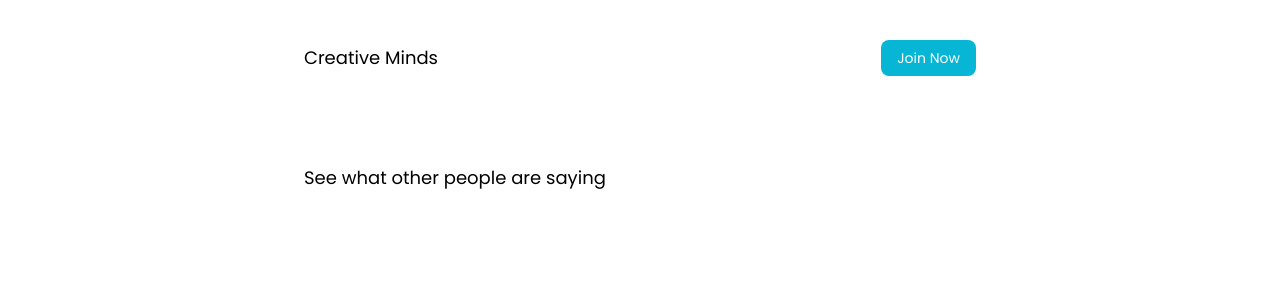
Repository: farisanadia/personal-project-2022
Page: /
The author's editor kept a copy of each file at every save. The page is drawn from the files as they stood at one save, then again after a run of saves.
The browser window is 1280 px wide. The pictures show the whole page.
The page's requests for data from a server got no answer. The project was rebuilt for these pictures with package versions that can differ from the ones it lists, and the page was loaded fresh each time. The framework's server and built-in components were replaced by stand-ins that run in the browser. No one was signed in, and anything a server would have sent is missing. Also part of the build but not shown: next.config.js, components/message.js.

Above is the page before, as saved 2023-01-02 02:06:11.

### pages/_app.js
import '../styles/globals.css'
import Layout from '../components/layout'
import {ToastContainer} from 'react-toastify';

function App({ Component, pageProps }) {
  return (
    <Layout>
      <ToastContainer limit={1}/>
      <Component {...pageProps} />
    </Layout>
  );
}

export default App;

### pages/index.js
import Head from 'next/head'
import { Inter } from '@next/font/google'
import Message from "../components/message";
import { useEffect, useState } from 'react';
import { auth, db } from '../utils/firebase';
import { collection, doc, onSnapshot, orderBy, query, updateDoc } from 'firebase/firestore';
import Link from 'next/link';
import { useRouter } from 'next/router';
import { AiOutlineLike } from "react-icons/ai";
import { BiComment } from 'react-icons/bi';

const inter = Inter({ subsets: ['latin'] })

export default function Home() {
  const router = useRouter();
  const routeData = router.query;
  //Create state with all posts
  const [allPosts, setAllPosts] = useState([]);

  const getPosts = async () => {
    const collectionRef = collection(db, 'posts');
    const q = query(collectionRef, orderBy('timestamp', 'desc'));
    const unsubscribe = onSnapshot(q, (snapshot) => {
      setAllPosts(snapshot.docs.map((doc) => ({...doc.data(), id:doc.id})))
    })
    return unsubscribe;
  };

  useEffect(() => {
    getPosts();
  }, []);

  return (
    <div className='flex items-center'>
      <Head>
        <title>Create Next App</title>
        <meta name="description" content="Generated by create next app" />
        <meta name="viewport" content="width=device-width, initial-scale=1" />
        <link rel="icon" href="/favicon.ico" />
      </Head>

      <div className='my-12 text-lg font-medium'>
        <h2>See what other people are saying</h2>
        {allPosts.map((post) => (
        <Message key={post.id} {...post}>
          <div className="flex gap-4">
            <Link href={{pathname: `/${post.id}`, query:{...post}}}>
              <button className='flex items-center gap-1'>
                <AiOutlineLike className="text-2xl"/>
              {post.userLiked?.length} </button>
            </Link>
            <Link href={{pathname: `/${post.id}`, query:{...post}}}>
              <button className='flex items-center gap-1'><BiComment className="text-xl"/>{post.comments?.length > 0 ? post.comments?.length : 0 }</button>
            </Link>
          </div>
        </Message>))}
      </div>
    </div>
  )
}

### styles/globals.css
@tailwind base;
@tailwind components;
@tailwind utilities;

html,
body {
  padding: 0;
  margin: 0;

}

a {
  color: inherit;
  text-decoration: none;
}

* {
  box-sizing: border-box;
}

### components/layout.js
import Nav from './Nav';

export default function Layout({children}){
    return(
        <div className="mx-6 md:max-w-2xl md:mx-auto font-poppins">
            <Nav/>
            <main>{children}</main>
        </div>
    );
}

### utils/firebase.js
// Import the functions you need from the SDKs you need
import { initializeApp } from "firebase/app";
import { getAuth } from 'firebase/auth';
import { getFirestore } from 'firebase/firestore';
// TODO: Add SDKs for Firebase products that you want to use
// https://firebase.google.com/docs/web/setup#available-libraries

// Your web app's Firebase configuration
// For Firebase JS SDK v7.20.0 and later, measurementId is optional
const firebaseConfig = {
  apiKey: process.env.NEXT_PUBLIC_API_KEY,
  authDomain: process.env.NEXT_PUBLIC_AUTH_DOMAIN,
  projectId: process.env.NEXT_PUBLIC_PROJECT_ID,
  storageBucket: process.env.NEXT_PUBLIC_STORAGE_BUCKET,
  messagingSenderId: process.env.NEXT_PUBLIC_MESSAGING_SENDER_ID,
  appId: process.env.NEXT_PUBLIC_APP_ID,
  measurementId: process.env.NEXT_PUBLIC_MEASUREMENT_ID,
};

// Initialize Firebase
const app = initializeApp(firebaseConfig);
export const auth = getAuth();
export const db = getFirestore(app);

### components/Nav.js
import Link from "next/link";
import { auth } from "../utils/firebase";
import { useAuthState } from "react-firebase-hooks/auth";

export default function Nav() {
    const [user, loading] = useAuthState(auth);
    console.log(user);
    return (
        <nav className="flex justify-between items-center py-10">
            <Link href="/">
                <button className="text-lg font-medium">Creative Minds</button>
            </Link>
            <ul className="flex items-center gap-10">
                {!user && (
                    <Link href={"/auth/login"}>
                        <button className="py-2 px-4 text-sm bg-cyan-500 text-white rounded-lg font-medium ml-8">
                            Join Now
                        </button>
                    </Link>
                )}
                {user && (
                    <div className="flex items-center gap-6">
                        <Link href="/post">
                            <button className="font-medium bg-cyan-500 text-white py-2 px-4 rounded-md test-sm">Post</button>
                        </Link>
                        <Link href="/dashboard">
                            <img
                            className="w-12 rounded-full cursor-pointer"
                            src={user.photoURL}
                            />
                        </Link>
                    </div>
                )}
            </ul>
        </nav>
    );
}

### tailwind.config.js
/** @type {import('tailwindcss').Config} */
module.exports = {
  content: [
    "./pages/**/*.{js,ts,jsx,tsx}",
    "./components/**/*.{js,ts,jsx,tsx}",
  ],
  theme: {
    extend: {
      fontFamily: {
        poppins: "Poppins",
      },
    },
  },
  plugins: [],
}

Loaded but not shown: pages/_document.js (common file)

After the next 2 saves:
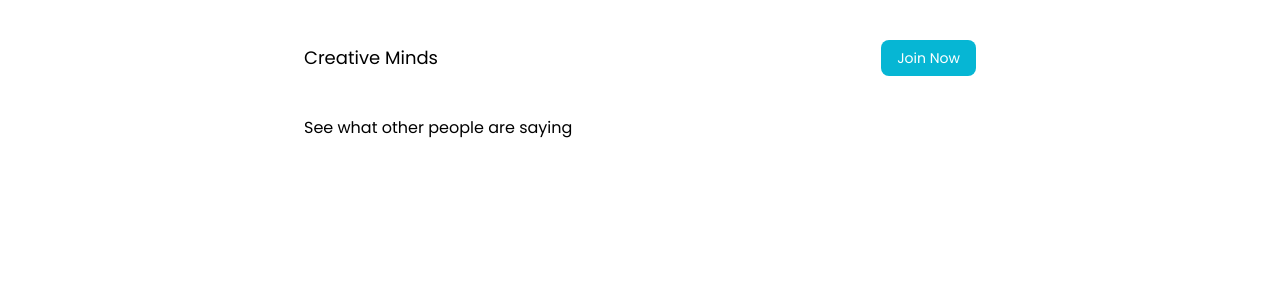
The 2 saves are shown as one change because they came seconds apart.
The last was saved 3 min 0 s later.
--- a/pages/index.js
+++ b/pages/index.js
@@ -39,7 +39,7 @@
         <link rel="icon" href="/favicon.ico" />
       </Head>
 
-      <div className='my-12 text-lg font-medium'>
+      <div>
         <h2>See what other people are saying</h2>
         {allPosts.map((post) => (
         <Message key={post.id} {...post}>

After the save that followed:
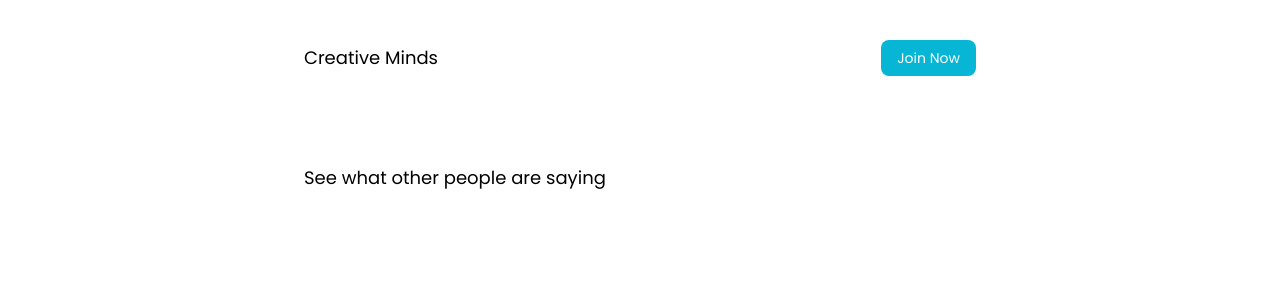
Saved 7 s later.
--- a/pages/index.js
+++ b/pages/index.js
@@ -39,7 +39,7 @@
         <link rel="icon" href="/favicon.ico" />
       </Head>
 
-      <div>
+      <div className='my-12 text-lg font-medium'>
         <h2>See what other people are saying</h2>
         {allPosts.map((post) => (
         <Message key={post.id} {...post}>
